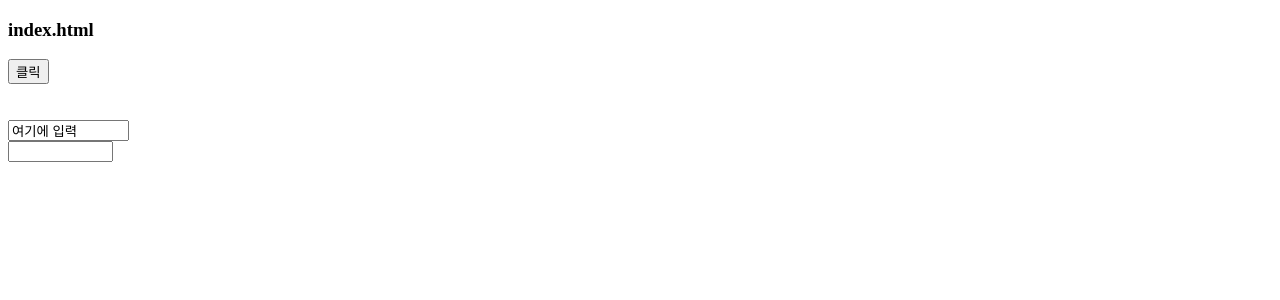
Repository: Jv2020/bitcamp
Page: html/sample04/WebContent/index.html
The author's editor kept a copy of each file at every save. The page is drawn from the files as they stood at one save, then again after the next save.
The browser window is 1280 px wide. The pictures show the whole page.

Above is the page before, as saved 2020-01-03 02:05:45.

### html/sample04/WebContent/index.html
<!DOCTYPE html>
<html>
<head>
<meta charset="UTF-8">
<title>Insert title here</title>
</head>
<body>

<!--
	link -> anchor <a href="이동하고 싶은 파일 또는 URL">표시문자열 이미지</a>
-->

<!--

form
event resource와 같이 많이 사용.
입력데이터 등을 전송할 수 있다.

	id		: # 현재 페이지에서 1개만 인식 (중복x), JacaScript(=JQery)
	class	: . 다중 인식. CSS()
	name	: link용. 값을 전송. 변수의 역할

-->


<!--

<form action="이동하고 싶은 파일 또는 주소 or 파일명"> submit
	입력 리소스
	<input type="submit" value="클릭">
</form>

-->
<h3>index.html</h3>
<form action="NewFile.html">
	<input type="submit" value="클릭">
</form>

<br><br>

<!--
	input : button(submit), checkbox, radio, textfield ...
-->
<form action="NewFile.html">
	<input type="text" value="여기에 입력" size="12">
	<br>
	<input type="text" value="" size="10">
</form>

</body>
</html>

After the next save:
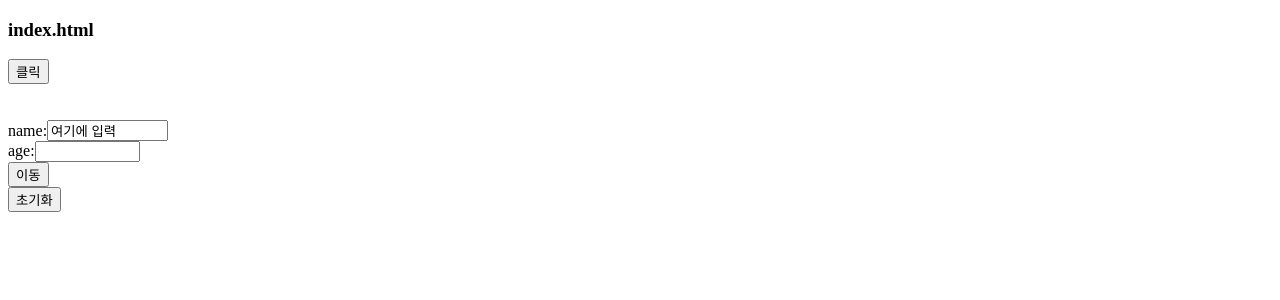
Saved 118 s later.
--- a/html/sample04/WebContent/index.html
+++ b/html/sample04/WebContent/index.html
@@ -42,10 +42,13 @@ event resource와 같이 많이 사용.
 	input : button(submit), checkbox, radio, textfield ...
 -->
 <form action="NewFile.html">
-	<input type="text" value="여기에 입력" size="12">
-	<br>
-	<input type="text" value="" size="10">
+   name:<input type="text" value="여기에 입력" size="12">
+   <br>
+   age:<input type="text" value="" size="10">
+   <br>
+   <input type="submit" value="이동">
+   <br>
+   <input type="reset" value="초기화">
 </form>
-
 </body>
 </html>
